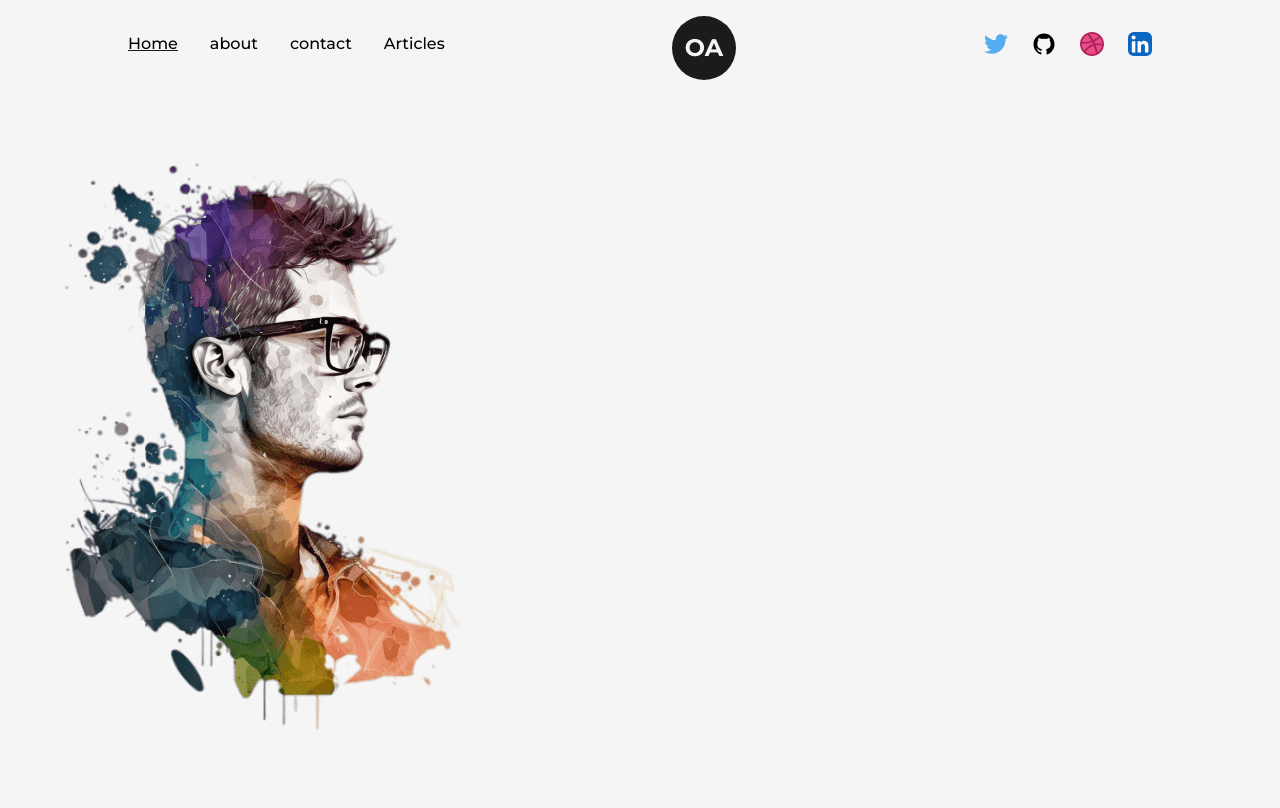
Repository: OussamaAbderraoufAttia/Next.js-Developer-Portfolio
Page: /
The author's editor kept a copy of each file at every save. The page is drawn from the files as they stood at one save, then again after the next save.
The browser window is 1280 px wide. The pictures show the whole page.
The project was rebuilt for these pictures with package versions that can differ from the ones it lists, and the page was loaded fresh each time. The framework's server and built-in components were replaced by stand-ins that run in the browser. Also part of the build but not shown: next.config.js.

Above is the page before, as saved 2023-06-24 23:15:25.

### src/pages/_app.js
import NavBar from '@/components/NavBar'
import '@/styles/globals.css'
import { Montserrat } from 'next/font/google'
import Head from 'next/head'


const montserrat = Montserrat({
  subsets: ['latin'],
  variable: "--font-mont"
})
export default function App({ Component, pageProps }) {
  return (
    <>
    <Head>
      <meta name="viewport" content="width=device-width, initial-scale=1" />
      <link rel="icon" href="/favicon.ico" />
    </Head>
    <main className={`${montserrat.variable} font-mont bg-light w-full min-h-screen`}>
      <NavBar />
      <Component {...pageProps} />
    </main>
    </>
  )
}

### src/pages/index.js
import Head from 'next/head';
import Layout from '@/components/Layout';
import Image from 'next/image';
import developerPic from '../../public/images/profile/developer-pic-1.png';

export default function Home() {
  return (
    <>
      <Head>
        <title>Oussama Abderraouf ATTIA</title>
        <meta name="description" content="Oussama Abderraouf ATTIA, 2CP student at ESI Algiers" />
      </Head>
      <main className="flex items-center text-dark w-full min-h-screen">
        <Layout>
          <div className="flex  items-center justify-between w-full">
            <div className=''>
              <Image src={developerPic} alt="Oussama Abderraouf ATTIA" className="w-full h-auto" />
            </div>
            <div>
              <h1>

              </h1>
              <p>

              </p>
            </div>
          </div>
        </Layout>
      </main>
    </>
  );
}

### src/components/NavBar.js
import Link from "next/link";
import React from "react";
import { useRouter } from "next/router";
import Logo from "./Logo";
import   { TwitterIcon, DribbbleIcon, GithubIcon, LinkedInIcon, PinterestIcon } from "./Icons";
import { motion } from "framer-motion";

const CustomLink = ({ href, title, className="" }) => {
    const router = useRouter();
    return (
        <Link href={href} className= {`${className} relative group `}>
            {title }
            <span className={`h-[1px] inline-block bg-dark absolute left-0 bottom-0.5 group-hover:w-full
            transiion-[width] ease duration-300 ${router.asPath === href ? "w-full" : "w-0" }
            `}> &nbsp; </span>
        </Link>
    )
}


const NavBar = () => {
    return (
        <header className="w-full px-32 py-8 font-medium flex items-center justify-between">
            <nav>
                <CustomLink href="/"  title="Home" className="mr-4"/>
                <CustomLink href="/about" title="about" className="mx-4"/>
                <CustomLink href="/contact"  title="contact" className="mx-4"/>
                <CustomLink href="/Articles"  title="Articles" className="ml-4"/>
            </nav>

            <nav className="flex item-center justify-center flex-wrap">
                <motion.a href="https://twitter.com/oussamaattia245" target={"_blank"}
                whileHover={{ y:-5  }}
                whileTap={{ scale: 0.9 }}
                className="w-6 mx-3"
                >
                    <TwitterIcon />
                 </motion.a>
                <motion.a href="https://github.com/OussamaAbderraoufAttia" target={"_blank"}
                whileHover={{ y:-5  }} whileTap={{ scale: 0.9 }}
                className="w-6 mx-3"
                > <GithubIcon /> </motion.a>
                <motion.a href="https://dribbble.com/JohnLoyd" target={"_blank"}
                whileHover={{ y:-5  }} whileTap={{ scale: 0.9 }}
                className="w-6 mx-3"
                > <DribbbleIcon /> </motion.a>
                <motion.a href="https://www.linkedin.com/in/oussama-abderraouf-attia-494b32225/" target={"_blank"}
                whileHover={{ y:-5  }} whileTap={{ scale: 0.9 }}
                className="w-6 ml-3"
                > <LinkedInIcon /> </motion.a>

            </nav>
            <div className="absolute left-[50%] top-2    translate-x-[50%]">
                 <Logo />
            </div>
        </header>
    )
}

export default NavBar;

### src/components/Layout.js
import React from 'react';

const Layout = ({ children, className = "" }) => {
  return (
    <div className={` w-full h-full inline-block z-0 bg-light ${className}`}>
      {children}
    </div>
  );
};

export default Layout;

### src/components/Logo.js
import React from "react";
import Link from "next/link";
import { motion } from "framer-motion";



const MotionLink = motion(Link);
const Logo = () => {
  return (
    <div className="flex items-center justify-center mt-2">
      <MotionLink
        href="/"
        className="w-16 h-16 bg-dark text-light flex items-center justify-center rounded-full font-bold text-2xl"
        whileHover={{
            backgroundColor:["#121212", "rgba(131,58,180,1)","rgba(253,29,29,1)","rgba(252,176,69,1)","rgba(131,58,180,1)", "#121212"],
          transition: {
            duration: 1,
            repeat: Infinity,
          },
        }}
      >
        OA
      </MotionLink>
    </div>
  );
};

export default Logo;

### tailwind.config.js
/** @type {import('tailwindcss').Config} */
const {fontFamily} = require('tailwindcss/defaultTheme')

module.exports = {
  content: [
    // Or if using `src` directory:
    "./src/**/*.{js,ts,jsx,tsx,mdx}",
  ],
  theme: {
    extend: {
      fontFamily: {
        mont: ['var(--font-mont)', 'sans-serif'],
      },
        colors: {
          dark: "#1b1b1b",
          light: "#f5f5f5",
          primary: "#B63E96", // 240,86,199
          primaryDark: "#58E6D9", // 80,230,217
      },
    },
  },
  plugins: [],
}

Loaded but not shown: src/pages/_document.js (common file); src/styles/globals.css (common file); src/components/Icons.js (483 lines, source omitted)

After the next save:
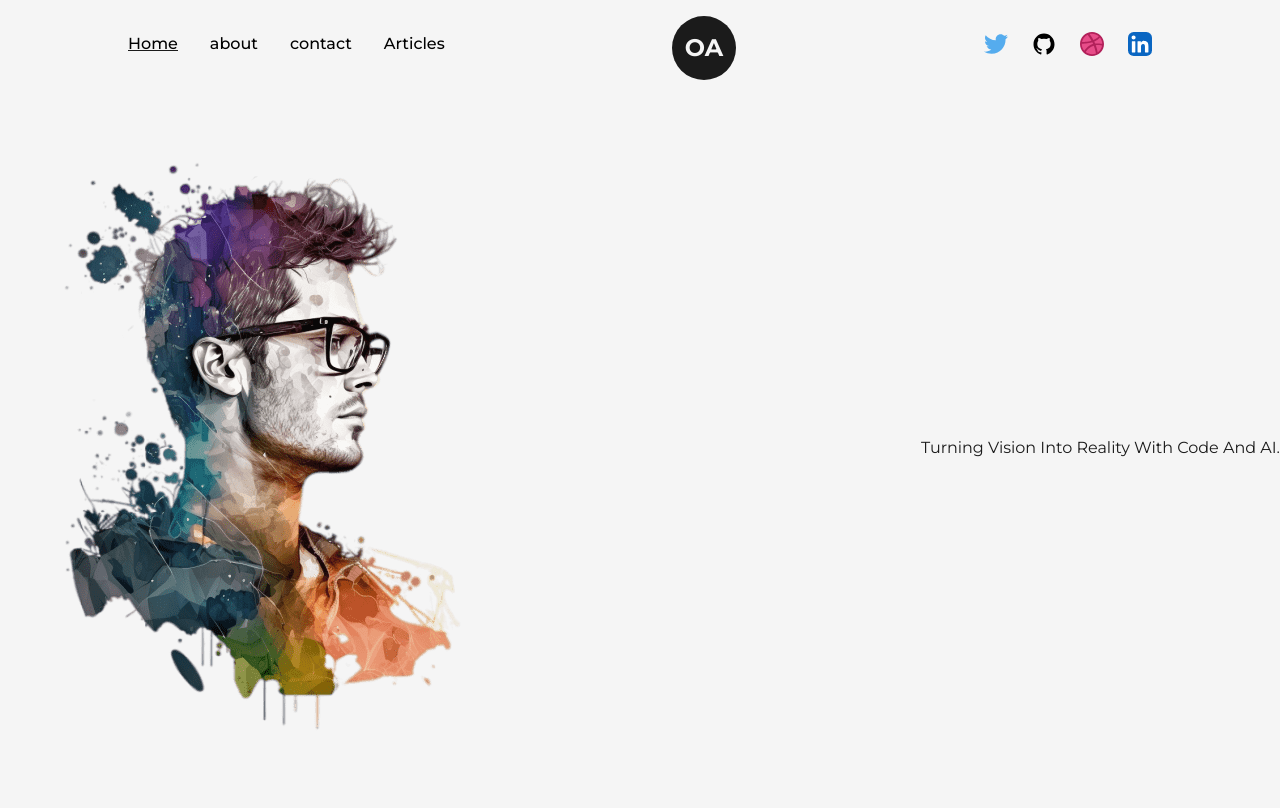
Saved 4 min 9 s later.
--- a/src/pages/index.js
+++ b/src/pages/index.js
@@ -18,7 +18,7 @@
             </div>
             <div>
               <h1>
-
+              Turning Vision Into Reality With Code And AI.
               </h1>
               <p>
 
